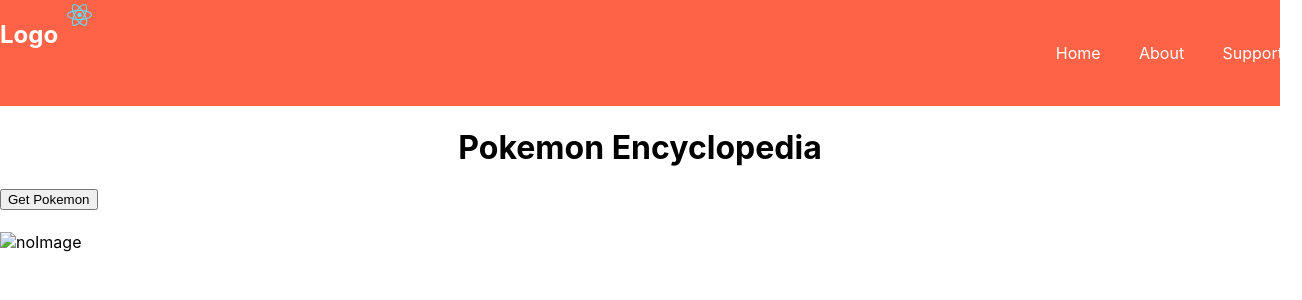
Repository: Gibberlin/pokedex
Page: /
The author's editor kept a copy of each file at every save. The page is drawn from the files as they stood at one save, then again after a run of saves.
The browser window is 1280 px wide. The page is 1302 px wide, so the pictures cover 1302 px, including what lies to the right of the window. The pictures show the whole page.
The project was rebuilt for these pictures with package versions that can differ from the ones it lists, and the page was loaded fresh each time.

Above is the page before, as saved 2021-09-29 00:31:35.

After the next 2 saves:
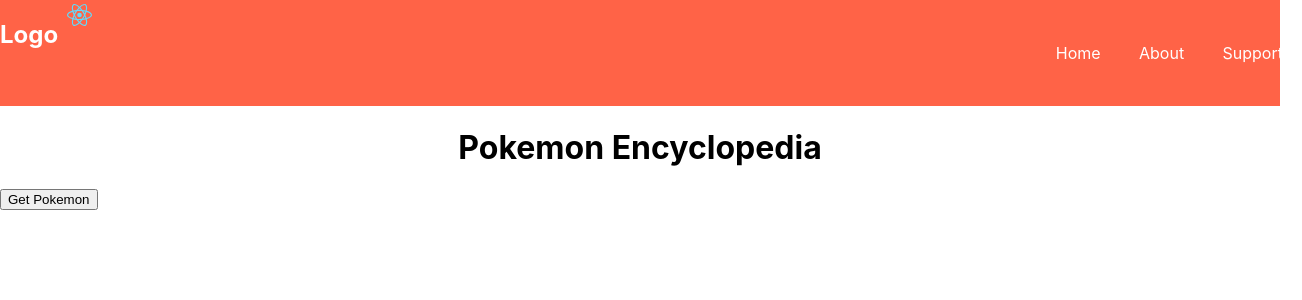
The 2 saves are shown as one change because 1 did not build or start.
The last was saved 2 min 51 s later.
--- a/src/components/Cards.js
+++ b/src/components/Cards.js
@@ -9,7 +9,11 @@
 
         Axios.get("https://pokeapi.co/api/v2/pokemon?limit=100&offset=0").then((Response)=>{
             console.log(Response);
-            gPoke(Response.data.name);
+            let i=0;
+            while (i<100){
+                gPoke(Response.data.results.i.name);
+            }
+
 
         })
     }
@@ -19,7 +23,7 @@
             <button onClick={getPoke}>Get Pokemon</button>
             <br />
             <h1>{poke}</h1>
-            <img src={sp} alt="noImage" />
+
 
         </div>
     )
